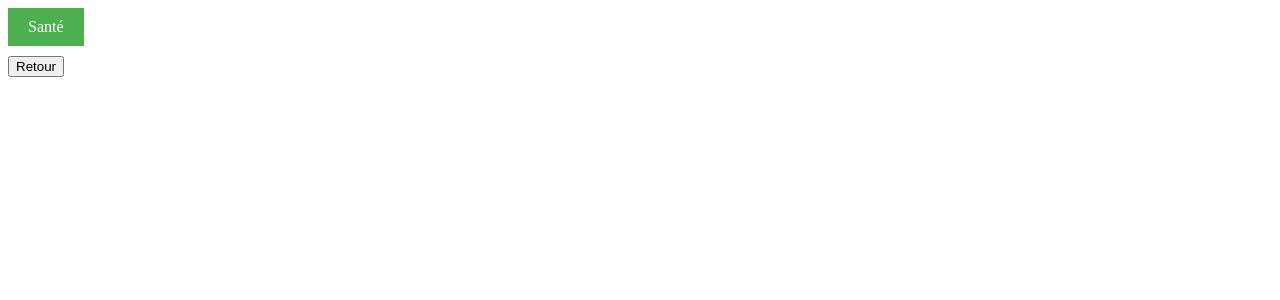
Repository: Sidel-malek/e-sbitar
Page: http://localhost/singup/
An editor plug-in stored every save of this project. The page is shown before and after the next save, followed by the edit.
The browser window is 1280 px wide. The pictures show the whole page.
The page is served by Tomcat 9.

Above is the page before, as saved 2023-06-03 02:41:38.

After the next save:
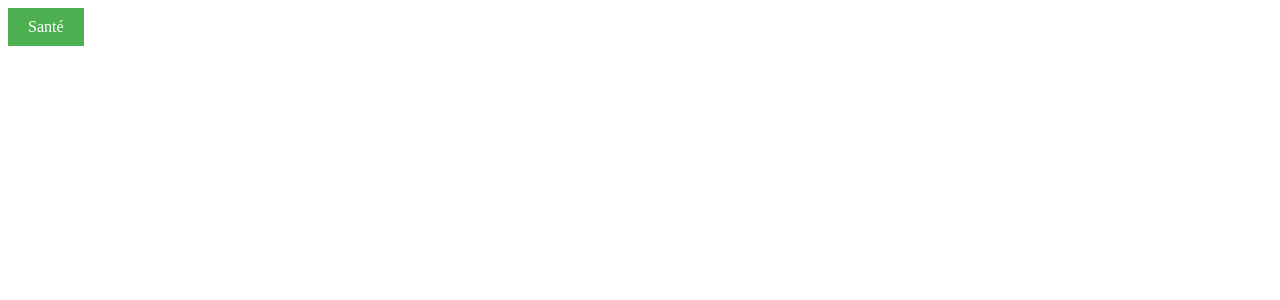
Saved 53 s later.
--- a/authentification/singup/src/main/webapp/index.jsp
+++ b/authentification/singup/src/main/webapp/index.jsp
@@ -40,7 +40,7 @@
         // JavaScript code for handling user role and displaying elements
         var userRole = "${pageContext.request.getAttribute('role')}";
 
-        if (userRole === 'Patient') {
+        if (userRole !== 'Patient') {
             document.getElementById("maladie-image").style.display = "none";
         }
     </script>

After the save that followed:
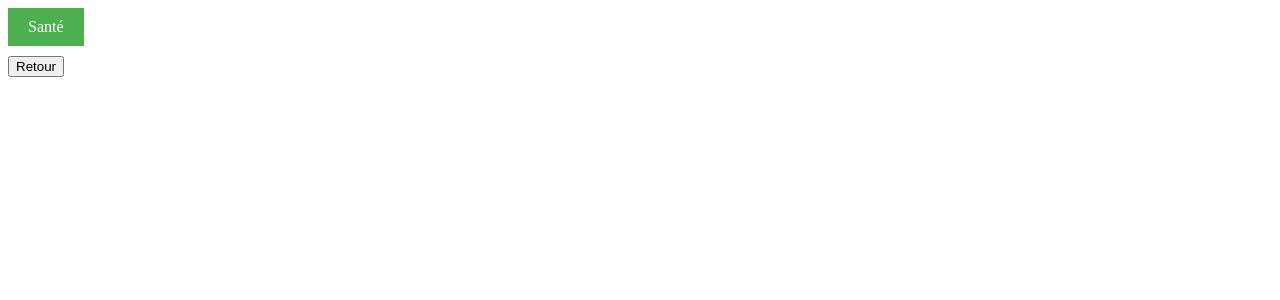
Saved 12 s later.
--- a/authentification/singup/src/main/webapp/index.jsp
+++ b/authentification/singup/src/main/webapp/index.jsp
@@ -40,7 +40,7 @@
         // JavaScript code for handling user role and displaying elements
         var userRole = "${pageContext.request.getAttribute('role')}";
 
-        if (userRole !== 'Patient') {
+        if (userRole === 'Patient') {
             document.getElementById("maladie-image").style.display = "none";
         }
     </script>
